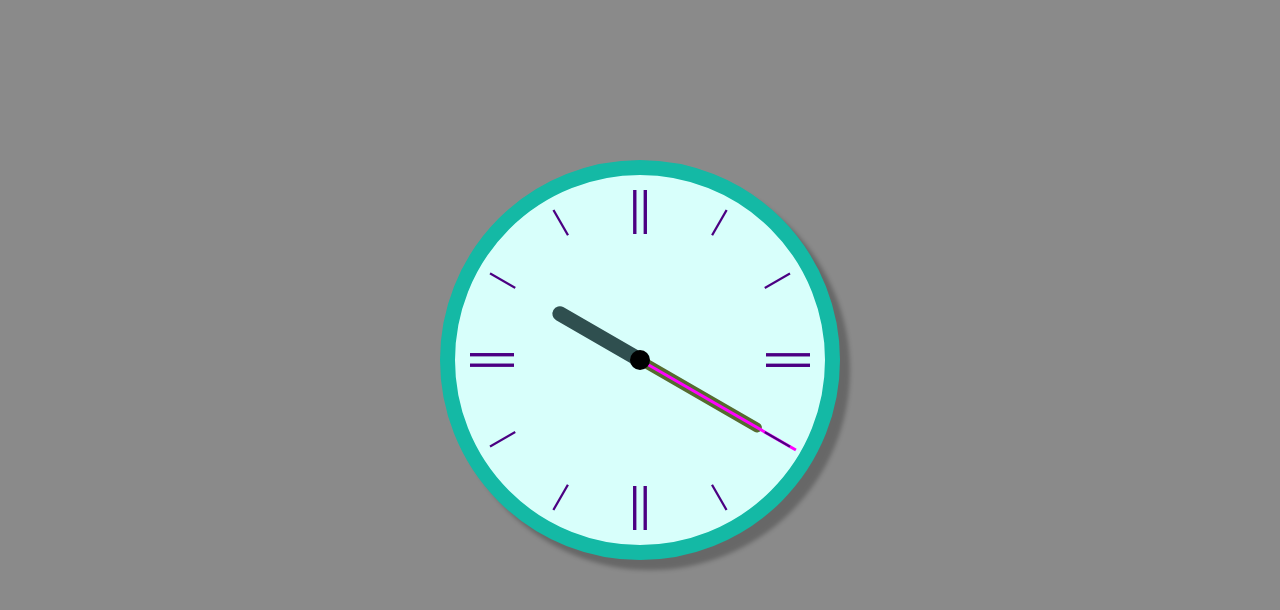
Repository: ChenWarren/web-clock
Page: index.html
These files come from the project's save history. The page is drawn as it stood at one moment and after a run of saves; the edit follows.
The browser window is 1280 px wide. The pictures show the whole page.

Above is the page before, as saved 2021-03-19 10:06:35.

### index.html
<!DOCTYPE html>
<html lang="en">
<head>
    <meta charset="UTF-8">
    <meta http-equiv="X-UA-Compatible" content="IE=edge">
    <meta name="viewport" content="width=device-width, initial-scale=1.0">
    <link rel="stylesheet" href="main.css">
    <title>Clock</title>
</head>
<body>
    <main class="clock">
        <!-- hour, minute, second handle and center cot -->
        <div class="hour"></div>
        <div class="minute"></div>
        <div class="second"></div>
        <div class="center_dot"></div>

        <!-- time marks on clock -->
        <div class="number dot_1">
            <h4>|</h4>
        </div>
        <div class="number dot_2">
            <h4>|</h4>
        </div>
        <div class="number dot_3">
            <h2>||</h2>
        </div>
        <div class="number dot_4">
            <h4>|</h4>
        </div>
        <div class="number dot_5">
            <h4>|</h4>
        </div>
        <div class="number dot_6">
            <h2>||</h2>
        </div>
        <div class="number dot_7">
            <h4>|</h4>
        </div>
        <div class="number dot_8">
            <h4>|</h4>
        </div>
        <div class="number dot_9">
            <h2>||</h2>
        </div>
        <div class="number dot_10">
            <h4>|</h4>
        </div>
        <div class="number dot_11">
            <h4>|</h4>
        </div>
        <div class="number dot_12">
            <h2>||</h2>
        </div>
    </main>

    <script src="clock.js"></script>

</body>
</html>

### main.css
* {
    margin: 0;
    padding: 0;
    box-sizing: border-box;
}

body {
    background-color: rgb(138, 138, 138);
    display: flex;
    justify-content: center;
    align-items: center;
    width: 100vw;
    height: 100vh;
    overflow: hidden;
}

.clock {
    width: 400px;
    height: 400px;
    border-radius: 50%;
    background: #d8fffb;
    border: 15px solid #14B9A5;
    box-sizing: border-box;
    box-shadow: 10px 10px 4px rgba(0, 0, 0, 0.25);
    position: relative;
}

.hour {
    --rotation: 0deg;
    width: 15px;
    height: 100px;
    background-color:  darkslategray;
    position: absolute;
    left: 50%;
    bottom: 50%;
    transform: translateX(-50%) rotate(var(--rotation));
    transform-origin: center bottom;
    border-top-left-radius: 10px;
    border-top-right-radius: 10px;
}

.minute {
    --rotation: 0deg;
    width: 10px;
    height: 140px;
    background-color:darkolivegreen;
    position: absolute;
    left: 50%;
    bottom: 50%;
    transform: translateX(-50%) rotate(var(--rotation));
    transform-origin: center bottom;
    border-top-left-radius: 5px;
    border-top-right-radius: 5px;
}

.second {
    --rotation: 0deg;
    width: 3px;
    height: 180px;
    background-color: fuchsia;
    position: absolute;
    left: 50%;
    bottom: 50%;
    transform: translateX(-50%) rotate(var(--rotation));
    transform-origin: center bottom;
}

.center_dot {
    background-color: #000;
    width: 20px;
    height: 20px;
    border-radius: 50%;
    position: absolute;
    left: 50%;
    bottom: 50%;
    transform: translate(-50%, 50%);
}

.number {
    display: flex;
    height: 370px;
    width: 370px;
    padding-top: 5px;
    justify-content: center;
    color: indigo;
    position: absolute;
    font-size: 2rem;
}

.dot_1 {
    transform: rotate(30deg);
}

.dot_2 {
    transform: rotate(60deg);
}

.dot_3 {
    transform: rotate(90deg);
}

.dot_4 {
    transform: rotate(120deg);
}

.dot_5 {
    transform: rotate(150deg);
}

.dot_6 {
    transform: rotate(180deg);
}

.dot_7 {
    transform: rotate(210deg);
}

.dot_8 {
    transform: rotate(240deg);
}

.dot_9 {
    transform: rotate(270deg);
}

.dot_10 {
    transform: rotate(300deg);
}

.dot_11 {
    transform: rotate(330deg);
}

### clock.js
// setInterval(setClock, 1000)

function setClock()
{
    let date = new Date()
    let hourRetio = date.getHours()/12
    let minuteRetio = date.getMinutes()/60
    let secondRetio = date.getSeconds()/60

    let hour = document.getElementsByClassName('hour')[0]
    let minute = document.getElementsByClassName('minute')[0]
    let second = document.getElementsByClassName('second')[0]

    let hourDeg = hourRetio * 360 + 'deg'
    let minuteDeg = minuteRetio * 360 + 'deg'
    let secondDeg = secondRetio * 360 + 'deg'

    hour.style.setProperty('--rotation', hourDeg)
    minute.style.setProperty('--rotation', minuteDeg)
    second.style.setProperty('--rotation', minuteDeg)

    console.log(hourDeg)
    console.log(minuteDeg)
}

setClock()

After the next 2 saves:
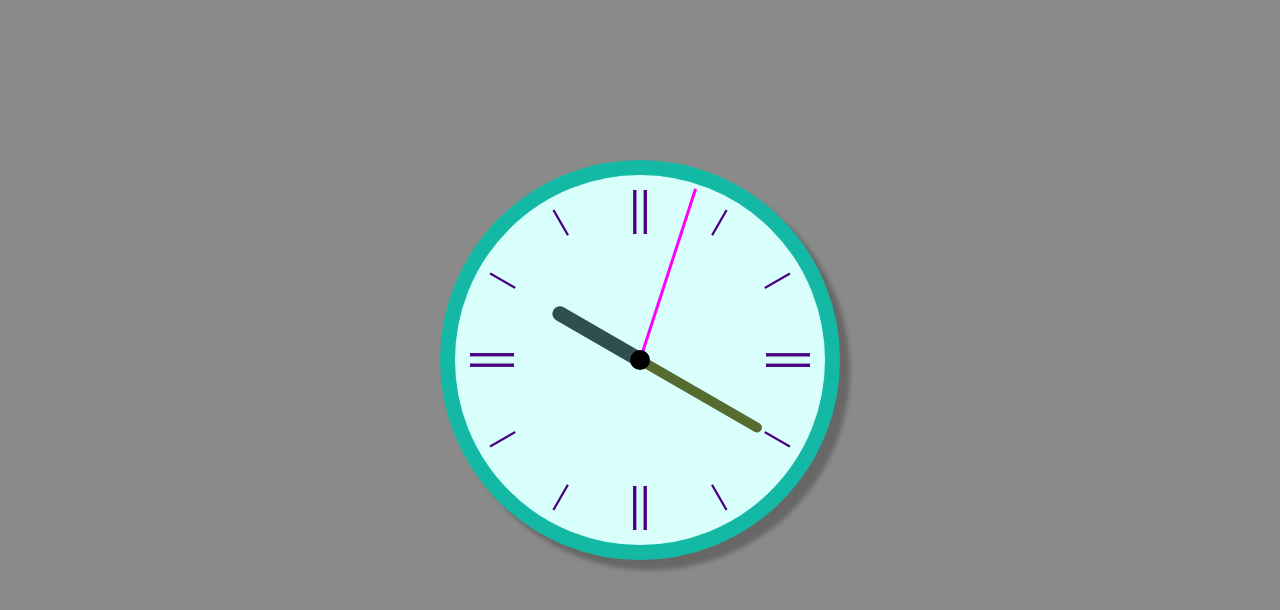
The 2 saves are shown as one change because they came seconds apart.
The last was saved 8 s later.
--- a/clock.js
+++ b/clock.js
@@ -17,7 +17,7 @@ function setClock()
 
     hour.style.setProperty('--rotation', hourDeg)
     minute.style.setProperty('--rotation', minuteDeg)
-    second.style.setProperty('--rotation', minuteDeg)
+    second.style.setProperty('--rotation', secondDeg)
 
     console.log(hourDeg)
     console.log(minuteDeg)
